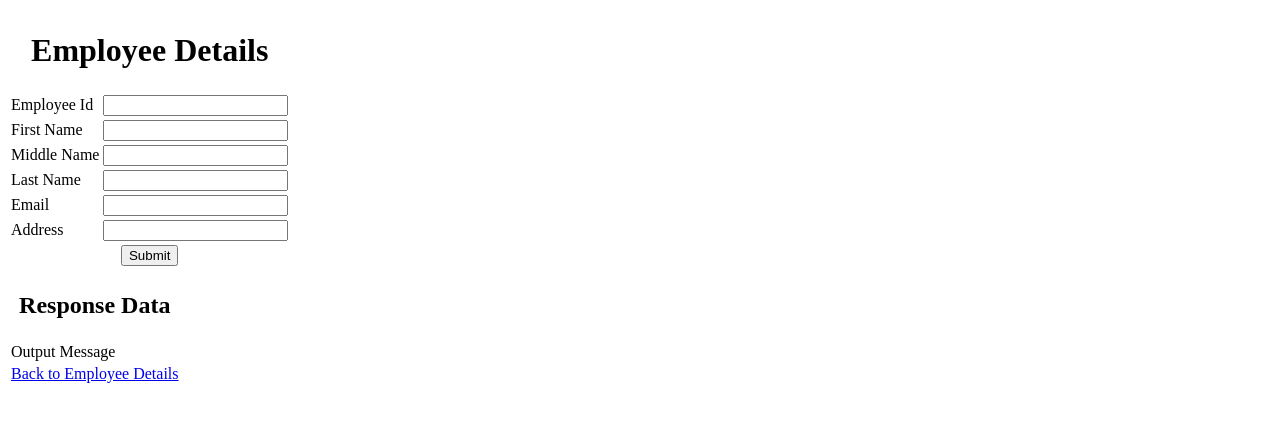
Repository: srjainapur/CRUD_Operation_With_Angular_Springboot
Page: angular-spring-demo/src/main/resources/static/post_data.html
An editor plug-in stored every save of this project. The page is shown before and after the next save, followed by the edit.
The browser window is 1280 px wide. The pictures show the whole page.
Some web libraries are served in a nearby version.

Above is the page before, as saved 2020-06-25 14:09:29.

After the next save:
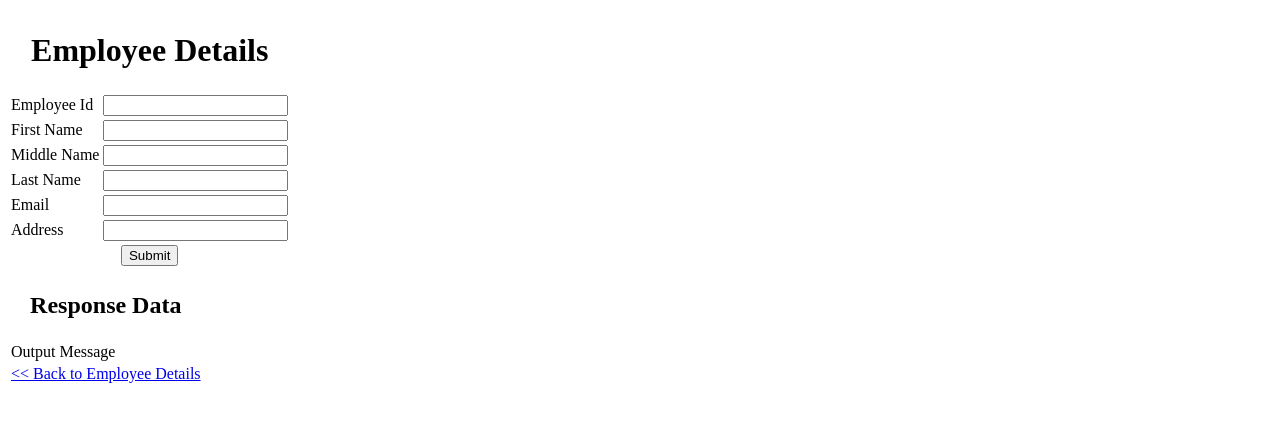
Saved 12 s later.
--- a/angular-spring-demo/src/main/resources/static/post_data.html
+++ b/angular-spring-demo/src/main/resources/static/post_data.html
@@ -87,7 +87,7 @@
 					<td>{{msg}}</td>
 				</tr>
 				<tr>
-					<td colspan="2"><a href="EmployeeDetails.html"> Back to Employee Details </a></td>
+					<td colspan="2"><a href="EmployeeDetails.html"> << Back to Employee Details </a></td>
 				</tr>
 			</table>
 		</div>
